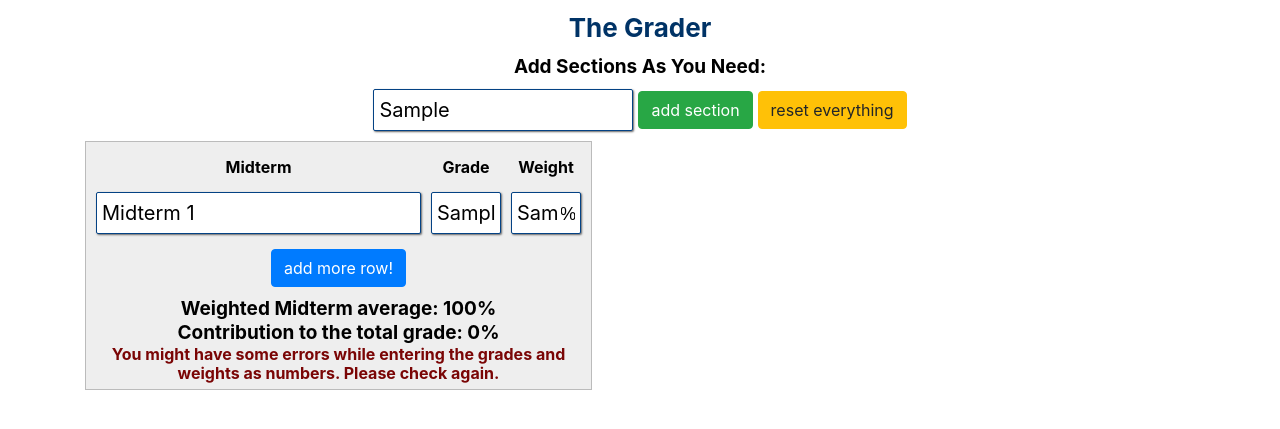
Repository: BarishNamazov/BarishNamazov.github.io
Page: thegrader/index.html
The author's editor kept a copy of each file at every save. The page is drawn from the files as they stood at one save, then again after the next save.
The browser window is 1280 px wide. The pictures show the whole page.
Empty fields were first filled with sample values (such as "Sample", 5 or name@example.com).
After loading, the first visible `input.gradeValue` was changed once.

Above is the page before, as saved 2020-10-31 19:07:22.

After the next save:
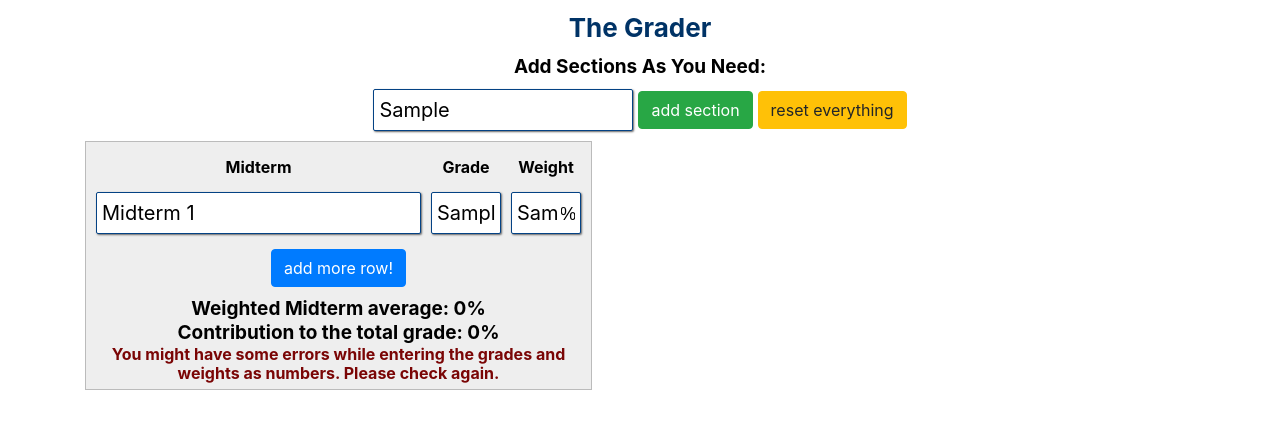
Saved 58 s later.
--- a/thegrader/scripts.js
+++ b/thegrader/scripts.js
@@ -73,6 +73,7 @@ function updateSectionGrade() {
     section.find(".failSafe").hide();
   }
   section.find(".sectionContribution").text(contribution);
+  section.find(".sectionAverage").text(sectionAverage);
 }
 $(".gradeValue").change(updateSectionGrade);
 $(".gradeWeight").change(updateSectionGrade);
